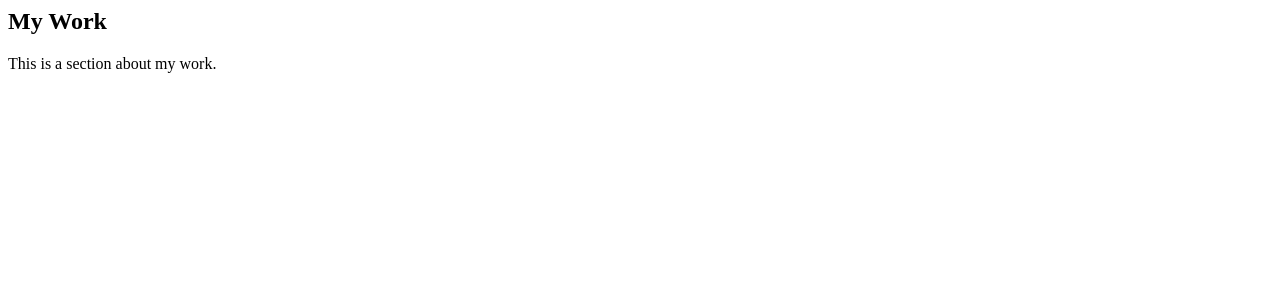
Repository: McBoatright/McBoatright.github.io
Page: my-work.html
The author's editor kept a copy of each file at every save. The page is drawn from the files as they stood at one save, then again after a run of saves.
The browser window is 1280 px wide. The pictures show the whole page.

Above is the page before, as saved 2024-06-17 15:36:46.

After the next 4 saves:
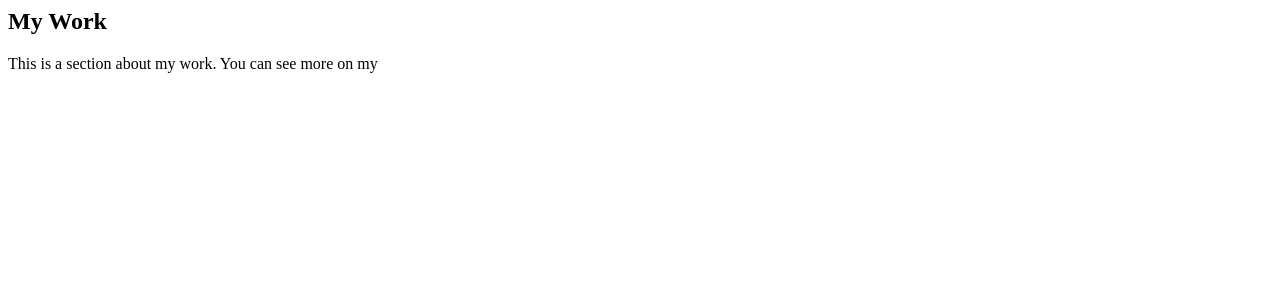
The 4 saves are shown as one change because they came seconds apart.
The last was saved 2 min 14 s later.
--- a/my-work.html
+++ b/my-work.html
@@ -1,4 +1,4 @@
 <section id="my-work">
     <h2>My Work</h2>
-    <p>This is a section about my work.</p>
+    <p>This is a section about my work. You can see more on my <a</p>
 </section>
